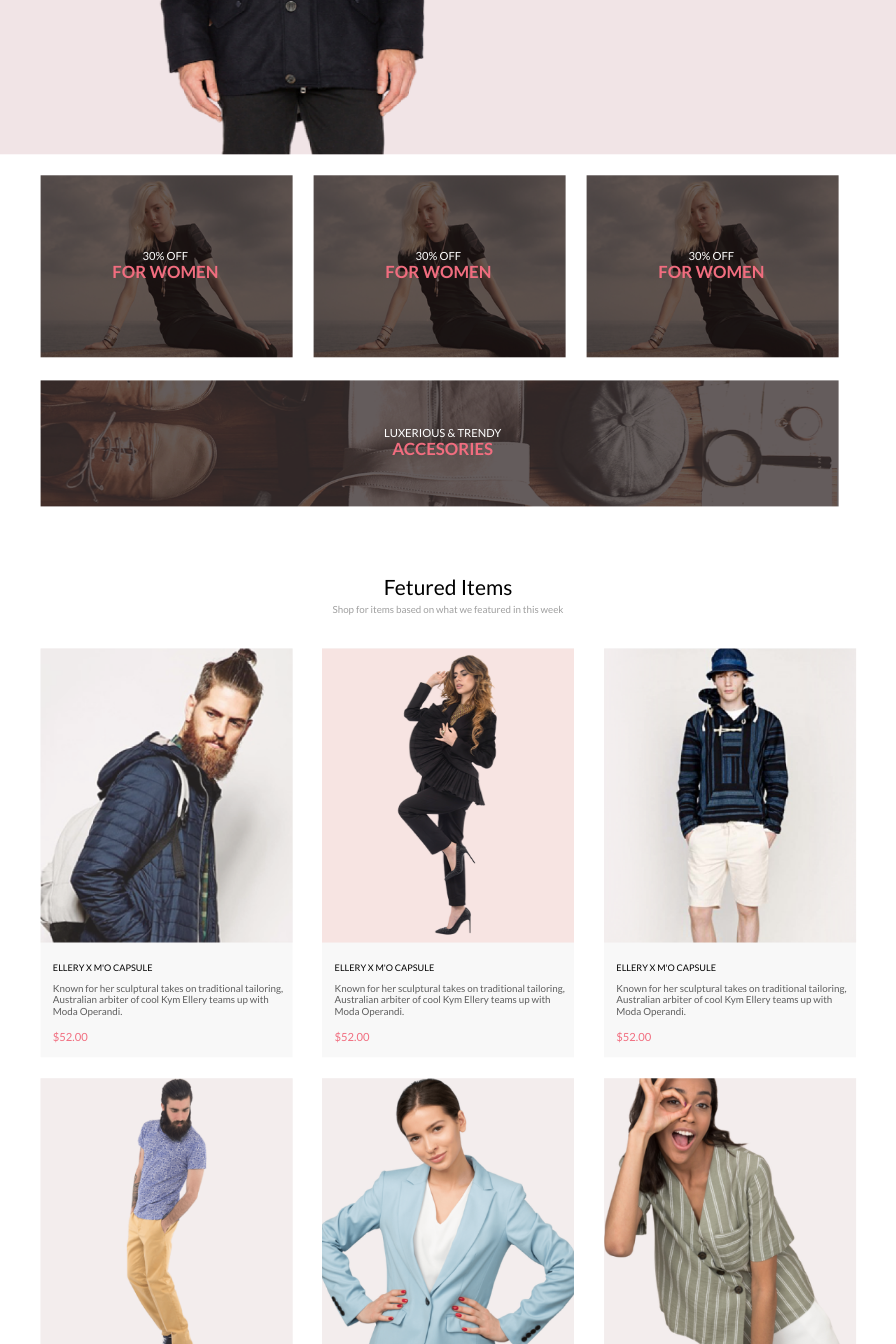
Repository: shtepaa/work-show-linkid
Page: les01/index.html
The author's editor kept a copy of each file at every save. The page is drawn from the files as they stood at one save, then again after the next save.
The browser window is 1280 px wide. The pictures show the part of the page from y = 619 to 2539 px (the page is 3902 px tall before and 3985 px after), at 70% of full size.

Above is the page before, as saved 2022-02-15 12:45:26.

### les01/index.html
<!DOCTYPE html>
<html lang="en">
  <head>
    <meta charset="UTF-8" />
    <meta http-equiv="X-UA-Compatible" content="IE=edge" />
    <meta name="viewport" content="width=device-width, initial-scale=1.0" />
    <title>Brand</title>
    <link rel="shortcut icon" href="img/favicon.ico" type="image/x-icon" />
    <link rel="stylesheet" href="style.css" />
    <link rel="preconnect" href="https://fonts.googleapis.com" />
    <link rel="preconnect" href="https://fonts.gstatic.com" crossorigin />
    <link
      href="https://fonts.googleapis.com/css2?family=Lato:wght@700;400;900&display=swap"
      rel="stylesheet"
    />
  </head>
  <body>


        <header>
          <div class="container">
            <nav>
              <div class="flex-left">
                <img src="img/logo.svg" alt="logo" />
                <form class="searchBox">
                  <input
                    class="searchInput"
                    type="text"
                    name=""
                    placeholder="Search"
                  />
                  <button class="searchButton" href="#">
                    <img id="path" src="img/search.svg" alt="logo" />
                  </button>
                </form>
              </div>
              <div class="flex-right">
                <div class="mega-box"><img class="contact-img" src="img/menu.svg" alt="logo" />
                <div class="mega-item">

<div class="menu-box"><h3 class="menu-box--style">Menu</h3></div>
<details><summary>Man</summary>
<a class="mega-link" href="#">Accessories</a>
<a class="mega-link" href="#">Bags</a>
<a class="mega-link" href="#">Denim</a>
<a class="mega-link" href="#">T-Shirts</a>
</details>
<details><summary>WOMAN</summary>
  <a class="mega-link" href="#">Accessories</a>
  <a class="mega-link" href="#">Jackets & Coats</a>
  <a class="mega-link" href="#">Polos</a>
  <a class="mega-link" href="#">T-Shirts</a>
  </details>
  <details><summary>KIDS</summary>
    <a class="mega-link" href="#">Accessories</a>
    <a class="mega-link" href="#">Bags</a>
    <a class="mega-link" href="#">Denim</a>
    <a class="mega-link" href="#">T-Shirts</a>
    </details>



                </div>


                </div>
                <img class="contact-img" src="img/contact.svg" alt="logo" />
                <img src="img/shop.svg" alt="logo" />
              </div>
            </nav>
          </div>
        </header>
        <!-- Второй блок -->
        <div class="header-section">
            <div class="header-cover">
              <div class="header-image">
              <img class="header-man"  src="img/man-new.png" alt="man" />
            </div>
            <div class="header-title">
              <div class="pink-line">
              <div class="header-column">
                <h1 class="header-brand">The brand</h1>
                <h2 class="text-brand">of luxerious <span class="pink-word"> fashion</span></h2>
              </div>
            </div>
            </div>
          </div>
          </div>
        </div>
<!-- Третий блок -->
        <div class="container">
<section class="catalog-box">
          <div class="catalog-block">
            <div class="catalog-project">
              <a class="link-cataloge" href="#">
              <img
                class="catalog-image"
                src="img/catalog01.png"
                alt="catalog01"
              />
              <h2 class="catalog__text">
                30% off <span class="pink-word catalog-words"> for women</span>
              </h2></a>
            </div>
            <div class="catalog-project">
              <a class="link-cataloge" href="#">
                <img
                  class="catalog-image"
                  src="img/catalog01.png"
                  alt="catalog01"
                />
                <h2 class="catalog__text">
                  30% off <span class="pink-word catalog-words"> for women</span>
                </h2></a>
            </div>
            <div class="catalog-project">
              <a class="link-cataloge" href="#">
                <img
                  class="catalog-image"
                  src="img/catalog01.png"
                  alt="catalog01"
                />
                <h2 class="catalog__text">
                  30% off <span class="pink-word catalog-words"> for women</span>
                </h2></a>
            </div>
          </div>
          <div class="catalog-project parent">
            <img
              class="catalog-image"
              src="img/catalog04.png"
              alt="catalog04"
            />
            <h2 class="catalog__text down-parent">
              luxerious & trendy<span class="pink-word catalog-words">
                accesories</span
              >
            </h2>
          </div>
        </section>
        </div>
        <!-- Четвертый блок -->
        <div class="container block-text">
          <h3 class="block-text--heading">Fetured Items</h3>
          <p class="block-text--section-text">
            Shop for items based on what we featured in this week
          </p>
        </div>
        <div class="container section-featured">
          <div class="featur_one">
            <a class="link-featur" href="#">
            <img class="featur-image"  src="img/feat01.png" alt="featur_one" /></a>
            <div class="featur-wrapper">
            <h3 class="featur-text">ELLERY X M'O CAPSULE</h3>
            <p class="featur-content">Known for her sculptural takes on traditional tailoring, Australian arbiter of cool Kym Ellery teams up with Moda Operandi.</p>
<span class="featur-price">$52.00</span></div>
          </div>
          <div class="featur_one">
            <a class="link-featur" href="#">
            <img src="img/feat02.png" alt="featur_one" /></a>
            <div class="featur-wrapper">
            <h3 class="featur-text">ELLERY X M'O CAPSULE</h3>
            <p class="featur-content">Known for her sculptural takes on traditional tailoring, Australian arbiter of cool Kym Ellery teams up with Moda Operandi.</p>
<span class="featur-price">$52.00</span></div>
          </div>
          <div class="featur_one">
            <a class="link-featur" href="#">
            <img src="img/feat03.png" alt="featur_one" /></a>
            <div class="featur-wrapper">
            <h3 class="featur-text">ELLERY X M'O CAPSULE</h3>
            <p class="featur-content">Known for her sculptural takes on traditional tailoring, Australian arbiter of cool Kym Ellery teams up with Moda Operandi.</p>
<span class="featur-price">$52.00</span></div>
          </div>
          <div class="featur_one">
            <a class="link-featur" href="#">
            <img src="img/feat04.png" alt="featur_one" /></a>
            <div class="featur-wrapper">
            <h3 class="featur-text">ELLERY X M'O CAPSULE</h3>
            <p class="featur-content">Known for her sculptural takes on traditional tailoring, Australian arbiter of cool Kym Ellery teams up with Moda Operandi.</p>
<span class="featur-price">$52.00</span></div>
          </div>
          <div class="featur_one">
            <a class="link-featur" href="#">
            <img src="img/feat05.png" alt="featur_one" /></a>
            <div class="featur-wrapper">
            <h3 class="featur-text">ELLERY X M'O CAPSULE</h3>
            <p class="featur-content">Known for her sculptural takes on traditional tailoring, Australian arbiter of cool Kym Ellery teams up with Moda Operandi.</p>
<span class="featur-price">$52.00</span></div>
          </div>
          <div class="featur_one">
            <a class="link-featur" href="#">
            <img src="img/feat06.png" alt="featur_one" /></a>
            <div class="featur-wrapper">
            <h3 class="featur-text">ELLERY X M'O CAPSULE</h3>
            <p class="featur-content">Known for her sculptural takes on traditional tailoring, Australian arbiter of cool Kym Ellery teams up with Moda Operandi.</p>
<span class="featur-price">$52.00</span></div>
          </div>

        </div>
        <div class="container browse-button">
          <a class="link-browse" href="#"> <h3 class="browse-button product-cart">Browse All Product</h3></a>

        </div>
<div class="section-icons">
  <div class="container wrapper-icons">
  <div class="first-icons">
    <img class="car-icons" src="img/car.svg" alt="car" />
    <h3 class="car-icons--text">Free Delivery</h3>
    <p class="car-icons--context">Worldwide delivery on all. Authorit tively morph next-generation innov tion with extensive models.</p>
  </div>
  <div class="first-icons">
    <img class="car-icons" src="img/discount.svg" alt="discount" />
    <h3 class="car-icons--text">Sales & discounts</h3>
    <p class="car-icons--context">Worldwide delivery on all. Authorit tively morph next-generation innov tion with extensive models.</p>
  </div>
  <div class="first-icons">
    <img class="car-icons" src="img/corona.svg" alt="corona" />
    <h3 class="car-icons--text">Quality assurance</h3>
    <p class="car-icons--context">Worldwide delivery on all. Authorit tively morph next-generation innov tion with extensive models.</p>
  </div>
</div>

</div>

<div class="quotes-section">
  <div class="container wrap-quotes">
  <div class="figure-box">
  <figure>
    <img class="figure-image" src="img/author.png" alt="author" />
    <figcaption>“Vestibulum quis porttitor dui! Quisque viverra nunc mi, a pulvinar purus condimentum“</figcaption>
  </figure></div>
  <div class="figure-box enter-mail">

    <h1 class="subscribe">SUBSCRIBE</h1>
    <h2 class="promotion">FOR OUR NEWLETTER AND PROMOTION</h2>
    <div class="subscribe-wrapper">

      <input type="email" name="email" class="subscribe-input" placeholder="Enter Your Email">
      <div class="submit-btn">SUBMIT</div>
    </div>


  </div>

</div>


      </div>
      <footer>
<div class="container footer-contant">
  <div class="copy-righ">
    <span class="copy-text">© 2021  Brand  All Rights Reserved.</span>
  </div>
  <div class="networks">
    <div class="insta instag-fig">

    </div>
    <div class="insta pint-fig"></div>
    <div class="insta last-fig"></div>
    <div class="insta "></div>
  </div>



</div>

      </footer>

  </body>
</html>

### les01/style.css
* {
  margin: 0;
  padding: 0;
}

body{
  font-family: "Lato", sans-serif;
}

header {
  background-color: #222;

  display: flex;
  height: 75px;
}
.header-section {
  background-color: #f1e4e6;
  /* display: flex; */
  height: 764px;
}
.container {
  margin: 0 auto;
  width: 1165px;
  display: flex;
}
.header-image {
  display: flex;
  /* background-repeat: no-repeat;
  -webkit-box-flex: 1;
  -ms-flex-positive: 1;
  flex-grow: 1; */

}
.header-man{
  /* display: flex; */
  /* display: block; */
  left: 0;
}
.header-title {
  /* width: 50%; */
  display: flex;
  flex-direction: row;
  align-items: center;
}
.header-column {
  display: flex;
  flex-direction: column;
  padding-left: 16px;
  text-transform: uppercase;

}
.header-brand{
  font-weight: 900;
  font-size: 48px;
  line-height: 57px;
  color: #222;
}
.text-brand{
  font-weight: 700;
  font-size: 32px;
  line-height: 38px;
  color: #222;
}
.pink-word {
  color: #f16d7f;
}
.pink-line {


  border-left: 12px solid #f16d7f;
}
.header-cover {
  /* width: 100%; */
  display: flex;
  /* flex-direction: row; */
  justify-content: space-between;
  width: 1250px;
  /* margin: 0 auto; */
}

nav {
  justify-content: space-between;
  flex-direction: row;
  /* position: relative; */
  align-items: center;
  display: flex;
  height: 75px;
  width: 100%;
}
.flex-left {
  align-items: center;
  flex-direction: row;
  display: flex;
}

.contact-img {
  margin-right: 33px;
}
/* Меню бокс */
.mega-item {
  position: absolute;
  background-color: #fff;

  /* display: none; */
  padding: 37px 100px 79px 50px;
  display: none;
  margin-top: 23px;
  padding-bottom: 53px;
  /* margin-left: 155px; */
}
.mega-box {
  padding: 34px 0 30px 0;

}
.mega-box:hover .mega-item{
  display: block;
}
summary {
  display: block;
}

  summary::-webkit-details-marker {
  display: none;
}

summary {
  display: block;
  font-weight: 400;
  font-size: 14px;
  line-height: 17px;
  text-transform: uppercase;
  color: #f16d7f;
  padding-top: 20px;
  padding-bottom: 12px;
  font-family: "Lato", sans-serif;
  cursor: pointer;
}

  summary::-webkit-details-marker {
  display: none;
}

summary::before {
  content: '';
  padding-right: 0.5em;
}

details[open] > summary::before {
  content: '';
}

.menu-box--style {
  font-weight: 700;
  font-size: 14px;
  line-height: 17px;
  text-transform: uppercase;
  padding-bottom: 4px;
  font-family: "Lato", sans-serif;
}
/* .pink-box {

} */
.mega-link {
  font-family: "Lato", sans-serif;
  display: block;
  text-decoration: none;
  font-size: 14px;
  line-height: 17px;
  color: #6f6e6e;
  font-weight: 400;
  padding: 12px 0px 11px 15px;
}
.mega-link:hover{
  color: #F16D7F;
}
.flex-right {
  display: flex;
  align-items: center;
  position: relative;
  /* padding-bottom: 23px; */
}
img {
  cursor: pointer;
}

/* search form*/
form {
  margin-left: 41px;
}

.searchBox:hover > .searchInput {
  padding: 0 6px;
  width: 240px;
}

.searchBox:hover > .searchButton {
  background: #222;
  color: #2f3640;
}

.searchButton {
  justify-content: center;
  align-items: center;
  background: #222;
  border-radius: 50%;
  color: white;
  float: right;
  width: 40px;
  height: 40px;
  display: flex;
  transition: 0.4s;
}

.searchInput {
  border: none;
  background: none;
  outline: none;
  float: left;
  padding: 0;
  color: white;
  font-size: 16px;
  transition: 0.4s;
  line-height: 40px;
  width: 0px;
}

@media screen and (max-width: 620px) {
  .searchBox:hover > .searchInput {
    width: 150px;
    padding: 0 6px;
  }
}

/* Третий блок */
.catalog-box{
  display: flex;
  flex-direction: column;
}

.catalog-project {
  margin-top: 30px;
  position: relative;

}

.catalog__text {
  position: absolute;
  display: block;
  z-index: 100;
  left: 103px;
  top: 105px;
  box-sizing: border-box;
  font-size: 16px;
  line-height: 19px;
  text-align: center;
  font-family: Lato;
  color: #fff;
  text-transform: uppercase;
  font-weight: 400;
  display: flex;
  flex-direction: column;
  /* left: 0; */
}
.catalog-words {
  font-size: 24px;
  line-height: 28px;
  text-align: center;
  font-family: "Lato", sans-serif;
  font-weight: 700;
}
.catalog-block {
  display: flex;
  justify-content: space-between;
  /* flex-direction: row;
  flex-wrap: wrap; */
  /* width: 100%; */
}

.parent {
  display: flex;
  width: 100%;
  /* justify-content: space-between; */
}
.down-parent {
  left: 491px;
  top: 65px;
}
/* Четвертый блок */
.block-text {
  padding-top: 96px;
  display: flex;
  flex-direction: column;
  box-sizing: content-box;
  align-items: center;
}
.block-text--heading {
  font-weight: normal;
  font-size: 30px;
  line-height: 36px;
}
.block-text--section-text {
  padding-top: 6px;
  font-weight: normal;
  font-size: 14px;
  line-height: 17px;
  color: #9f9f9f;
}
/* Пятый блок */
.section-featured{
  max-width: 1165px;
  display: flex;
  flex-direction: row;
  flex-wrap: wrap;
  padding-top: 18px;
  justify-content: space-between;
}
.featur_one{
  display: flex;
  flex-direction: column;
  max-width: 360px;
  background-color: #F8F8F8;
  margin-top: 30px;
}
.featur-text{
  margin-top: 25px;
  font-size: 13px;
line-height: 16px;
font-family: "Lato", sans-serif;
font-weight: 400;
}
.featur-content{
  color: #5D5D5D;
  font-weight: 300;
font-size: 14px;
line-height: 17px;
font-family: "Lato", sans-serif;
padding-top: 12px;
}
.featur-price{
  color:  #F16D7F;
  font-size: 16px;
line-height: 19px;
font-weight: 400;
padding-top: 18px;
}
.featur-wrapper{
  padding-left: 18px;
  padding-bottom: 20px;
  display: flex;
  flex-direction: column;
}
.browse-button{
  /* align-items: center; */
  /* display: block; */
  max-width: 1165px;
  display: flex;
  justify-content: center;
  margin-top: 63px;

}
.link-browse{
  text-decoration: none;
}
.product-cart{
  color: #fff;
  border: 1px solid #FF6A6A;
  box-sizing: border-box;
  align-items: center;
  width: 211px;
  padding: 15px 38px;
  font-size: 16px;
line-height: 19px;
font-weight: 400;
background-color: #F16D7F;
}
/* конец кнопки */
.section-icons {
  background-color: #222224;
  display: flex;
  height: 341px;

  /* justify-content: space-between; */
  margin-top: 95px;
}
.first-icons{
  display: flex;
  flex-direction: column;
  max-width: 343px;
  justify-content: center;
  align-items: center;
  text-align: center;


}
.car-icons{
  width: 44px;
  height: 31px;
  padding-top: 103px;
  padding-bottom: 28px;
}
.wrapper-icons{
  max-width: 1165px;
  display: flex;
  flex-direction: row;
  justify-content: space-between;
}
.car-icons--context{
  padding-top: 16px;
  font-weight: 300;
font-size: 13.972px;
line-height: 17px;
color: #FBFBFB;
padding-bottom: 104px;
}
.car-icons--text{
  font-size: 19.96px;
line-height: 24px;
color: #FBFBFB;
font-weight: 400;
}
/* Квотес секция */
.quotes-section{
  background-image: url(img/photo-subscribe.png );
  height: 448px;
  background-repeat: no-repeat;
  background-size: 100%;

}
.wrap-quotes{
  display: flex;
  flex-direction: row;
  max-width: 1165px;
  justify-content: space-between;

}
.figure-box{
  display: flex;
  flex-direction: column;
  width: 343px;
  justify-content: center;
  /* align-items: center; */
  text-align: center;

}
.figure-image{
  width: 96px;
  height: 96px;
  padding-top: 97px;
}
figcaption{
  padding-top: 30px;
  font-size: 20px;
line-height: 24px;
font-weight: 400;
font-family: "Lato", sans-serif;
color: #222224;

}
.subscribe{
  font-family: "Lato", sans-serif;
  font-weight: 700;
  font-size: 24px;
  line-height: 37px;
  padding-top: 150px;
}
.promotion{
  font-family: "Lato", sans-serif;
  font-weight: 400;
  font-size: 18px;
  line-height: 30px;
}
.enter-mail{
  width: 557px;
}
.subscribe-wrapper{
  display: flex;
  justify-content: center;
  margin-top: 39px;

  border-radius: 10px;
  width: 356px;
  margin: 0 auto;
  padding-top: 32px;
}
.subscribe-input{
width: 256px;
border-radius: 30px;
  border-bottom-right-radius: 0;
  border-top-right-radius: 0;
  border-color: #E1E1E1;
  background-color: #E1E1E1;
}
.submit-btn{
  width: 100px;
  border-radius: 30px;
  border-bottom-left-radius: 0;
  border-top-left-radius: 0;
  background-color: #E05C6E;
  height: 49px;
  color: #fff;
  text-align: center;
  align-items: center;
  font-size: 14px;
line-height: 17px;
display: flex;
font-weight: 400;
padding: 10px;
}
::placeholder{
  padding-left: 22px;
  padding-top: 7px;
  padding-bottom: 6px;
  font-size: 14px;
line-height: 17px;
opacity: 0.67;
color: #222224;
}
footer{
  height: 79px;
  background-color: #222224;
  display: flex;
}
.footer-contant{
  display: flex;
  flex-direction: row;
  max-width: 1165px;
  align-items: center;
  justify-content: space-between;
}
.copy-text{
  padding-top: 30px;
  font-size: 16px;
line-height: 19px;
font-weight: 400;
color: #FBFBFB;
}
.networks{
  display: flex;
  flex-direction: row;


}
.insta{
  height: 32px;
  width: 31px;
  background-color: #fff;
  display: flex;

}
.last-fig{
  margin-right: 7px;
}
.pint-fig{
  margin-right: 7px;
}
.instag-fig{
  margin-right: 7px;
}
.insta:hover{
  background-color: #E05C6E;

}

### les01/img/search.svg
<svg width="27" height="28" viewBox="0 0 27 28" fill="#E8E8E8" xmlns="http://www.w3.org/2000/svg" id="path">
<path d="M19.0596 17.6259C20.6713 15.8658 21.6282 13.6048 21.7698 11.2225C21.9113 8.84018 21.2288 6.48173 19.8369 4.54318C18.445 2.60463 16.4285 1.20404 14.126 0.576619C11.8234 -0.0508009 9.3751 0.13316 7.19217 1.09761C5.00923 2.06205 3.22463 3.74825 2.13804 5.87302C1.05145 7.9978 0.729054 10.4318 1.225 12.7661C1.72094 15.1005 3.00501 17.1932 4.86158 18.6927C6.71814 20.1922 9.03413 21.0072 11.4206 21.0009C13.673 21.004 15.8645 20.27 17.6606 18.9109L25.4086 26.7179C25.4941 26.807 25.5965 26.8781 25.7099 26.927C25.8232 26.9759 25.9452 27.0017 26.0686 27.0029C26.1923 27.0033 26.3148 26.9782 26.4283 26.9292C26.5419 26.8801 26.6441 26.8082 26.7286 26.7179C26.9025 26.537 26.9997 26.2958 26.9997 26.0449C26.9997 25.794 26.9025 25.5528 26.7286 25.3719L19.0596 17.6259ZM2.88662 10.5009C2.89946 8.81563 3.41094 7.17187 4.35659 5.77685C5.30224 4.38183 6.63972 3.29801 8.20044 2.662C9.76115 2.02599 11.4752 1.86627 13.1266 2.20298C14.7779 2.53969 16.2926 3.35775 17.4797 4.55404C18.6668 5.75033 19.4732 7.27129 19.7972 8.92519C20.1212 10.5791 19.9483 12.2919 19.3002 13.8476C18.6522 15.4034 17.5581 16.7325 16.1559 17.6674C14.7536 18.6023 13.1059 19.1011 11.4206 19.1009C9.14916 19.0901 6.97482 18.1784 5.37484 16.566C3.77486 14.9537 2.87998 12.7724 2.88662 10.5009Z" fill="#E8E8E8"/>
</svg>

Loaded but not shown: les01/img/car.svg (3 lines, source omitted)

After the next save:
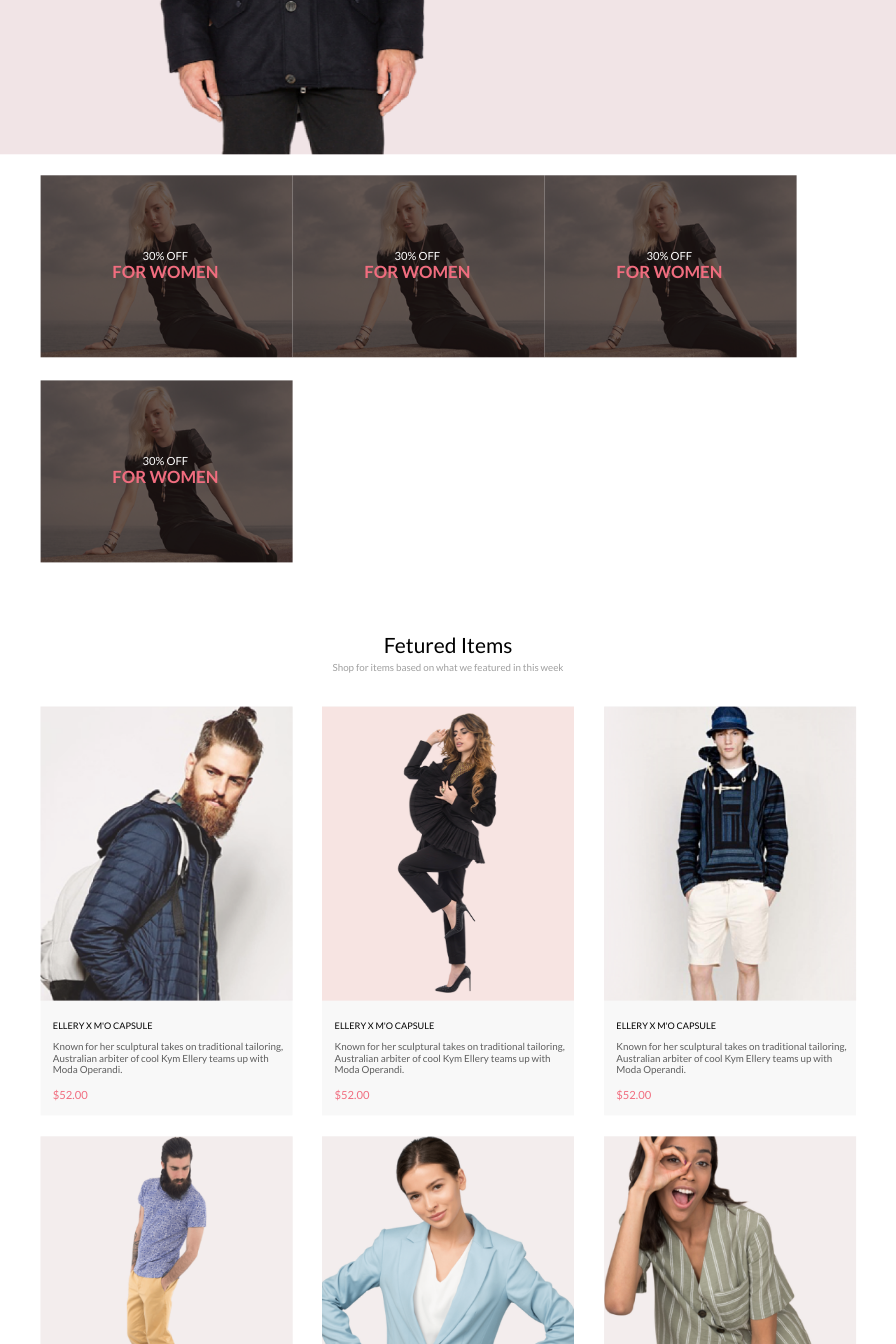
Saved 13 s later.
--- a/les01/index.html
+++ b/les01/index.html
@@ -126,16 +126,15 @@
             </div>
           </div>
           <div class="catalog-project parent">
-            <img
-              class="catalog-image"
-              src="img/catalog04.png"
-              alt="catalog04"
-            />
-            <h2 class="catalog__text down-parent">
-              luxerious & trendy<span class="pink-word catalog-words">
-                accesories</span
-              >
-            </h2>
+            <a class="link-cataloge" href="#">
+              <img
+                class="catalog-image"
+                src="img/catalog01.png"
+                alt="catalog01"
+              />
+              <h2 class="catalog__text">
+                30% off <span class="pink-word catalog-words"> for women</span>
+              </h2></a>
           </div>
         </section>
         </div>
